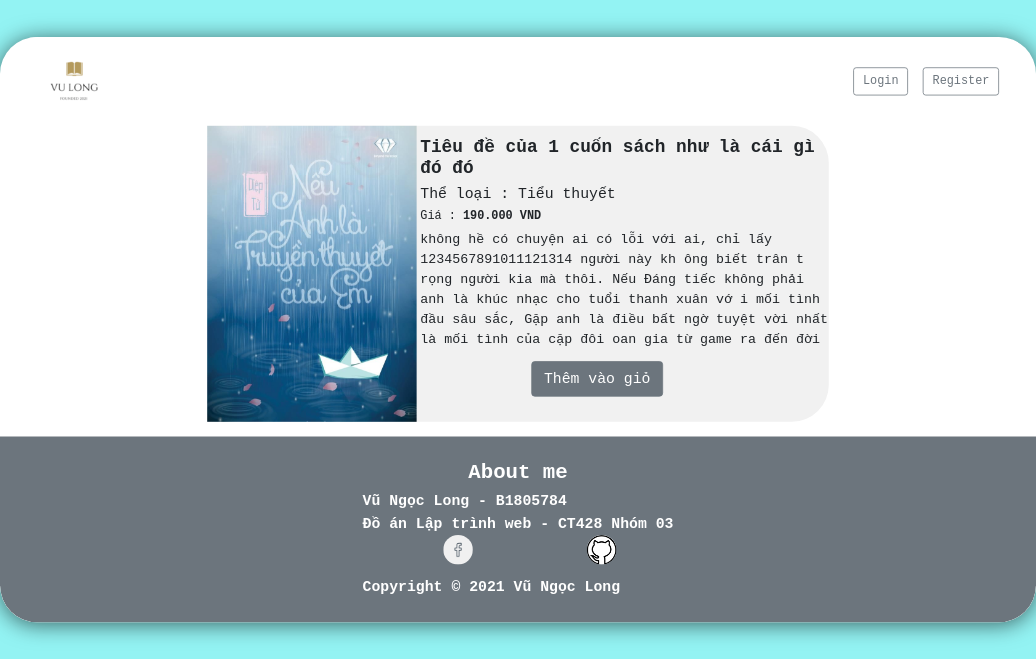
Repository: VuNgocLong2626/exercise_web_CT428
Page: VuNgocLongB1805784/user/chitiet.html
The author's editor kept a copy of each file at every save. The page is drawn from the files as they stood at one save, then again after the next save.
The browser window is 1280 px wide. The page is 1400 px wide, so the pictures cover 1400 px, including what lies to the right of the window. The pictures show the whole page, at 74% of full size.

Above is the page before, as saved 2021-10-04 20:37:26.

### VuNgocLongB1805784/user/chitiet.html
<!DOCTYPE html>
<html lang="en">
<head>
    <meta charset="UTF-8">
    <meta http-equiv="X-UA-Compatible" content="IE=edge">
    <meta name="viewport" content="width=device-width, initial-scale=1.0">
    <link href="https://cdn.jsdelivr.net/npm/bootstrap@5.0.2/dist/css/bootstrap.min.css" rel="stylesheet" integrity="sha384-EVSTQN3/azprG1Anm3QDgpJLIm9Nao0Yz1ztcQTwFspd3yD65VohhpuuCOmLASjC" crossorigin="anonymous">
    <link rel="stylesheet" href="./css/test.css">
    <title>Chi Tiết Sản Phẩm</title>
</head>
<body>
    <div class="main-contens">
        <div class="header">
            <img src="./image/logo120.png" alt="hinh logo" style="margin-left: 40px;">
            <div class="from-individual">
                <button type="button" class="btn btn-outline-secondary" style="margin-right: 20px;">Login</button>
                <button type="button" class="btn btn-outline-secondary">Register</button>
            </div>
        </div>

        <div class="from-detail">
            <div class="row">
                <div class="col-4">
                    <img src="./image/TT1.jpg" alt="" style="height: 400px;">
                </div>
                <div class="col-8">
                    <h4 style="font-weight: bold;margin-top: 15px;">Tiêu đề của 1 cuốn sách như là cái gì đó đó</h4>
                    <h5>Thể loại : Tiểu thuyết</h5>
                    <h6>Giá : <b>190.000 VND</b></h6>
                    <p style="font-size: 18px;">không hề có chuyện ai có lỗi với ai, chỉ lấy 1234567891011121314 người này kh
                        ông biết trân t rọng người kia mà thôi. Nếu Đáng tiếc không phải anh là khúc nhạc cho tuổi thanh xuân vớ
                        i mối tình đầu sâu sắc, Gặp anh là điều bất ngờ tuyệt vời nhất là mối tình của cặp đôi oan gia từ game ra đến đời
                    </p>
                    <a href="#" class="btn btn-secondary btn-lg" style="margin-left: 150px;">Thêm vào giỏ</a>
                </div>
            </div>
        </div>

        <footer>
            <h3 style="font-weight: bold;">About me</h3>
            <div class=>
                <div>Vũ Ngọc Long - B1805784
                    <br>
                    Đồ án Lập trình web - CT428 Nhóm 03
                </div>
                <ul style="list-style: none; display: flex;">
                    <li><a href="#" target="_blank"><img src="./image/fb.png" alt="Github icon" style="width: 40px;height: 40px; border-radius: 200px;"></a></li>
                    <li><a href="#" target="_blank"><img src="./image/github.png" alt="Linked icon" style="width: 40px;height: 40px; border-radius: 200px;"></a></li>
                </ul>
                <div>
                    Copyright © 2021 Vũ Ngọc Long
                </div>
            </div>
        </footer>
    </div>
</body>
</html>

### VuNgocLongB1805784/user/css/test.css
* {
    margin: 0;
    padding: 0;
    box-sizing: border-box;
  }

body{
    font-family: 'Courier New', Courier, monospace;
    /* font-family: 'Times New Roman', Times, serif; */
    background-color: rgb(147, 243, 243);
}

.main-contens{
    overflow: auto;
    display: block;
    width: 1400px;
    height: 100%;
    background-color: white;
    margin: 50px auto;
    border-radius: 50px;
    box-shadow:0 3px 30px 0 rgba(0, 0, 0, 0.6);
}

/* header{
    z-index: 1200;
    position: -webkit-sticky;
    position: sticky;
    background-color: red;
    width: 100%;
    height: 100px;
} */

.header{

    position: -webkit-sticky;
    position: sticky;
    height: 120px;
    width: 100%;
    /* background-color: brown;  */
    z-index: 3333;
    justify-content: space-between;
    display: flex;
    align-items: center;
    left: 0;
    top: 0;
}

.from-individual{
    justify-content: flex-end;
    display: flex;
    margin-right: 50px;
}

/* .fa{
    display: inline-block;
    font: normal normal normal 14px/1 FontAwesome;
    text-rendering: auto;
    -webkit-font-smoothing: antialiased;
}

.fa-login{
    content: "\f090";
} */

.login{
    padding: 10px;
}

.register{
    padding: 10px;
}

.main-contens .baner{
    display: flexbox;
    margin: auto;
    /* background: violet; */
    background-image: none;
    background-repeat: no-repeat;
    background-position: center center;
    background-size: cover;
    width: 95%;
    height: 484px;
    margin: auto;
    margin-top: 20px;

}
.baner img{
    box-shadow:0 3px 20px 0 rgba(0, 0, 0, 0.6);
    border-radius: 100px;
    display: block;
    width: 100%;
    height: 474px;
}


.selling-products{
    overflow: auto;
    margin-top: 20px;
    /*  background-color: lawngreen; */
    width: 100%;
    height: 450px;
    /* display: flex; */
}

.selling-products .selling{
    width: 47%;
    height: 320px;
    overflow: auto;
    background-color: #f1f1f1;
    margin: 10px auto;
    box-shadow:0 3px 10px 0 rgba(0, 0, 0, 0.6);
    border-radius: 20px;
    /* padding: 20px; */
    /* font-size: 30px; */
}

.row-style{
    width: 658px;
    height: 320px;
}

.selling-products .title{
    display: block;
    width: 100%;
    height: 15%;
    /* background-color: #f1f1f1; */
    margin: 10px auto;
    padding-left: 40px;
    font-size: 35px;
    font-weight: bold;
    color: #6c757d;

}

.information-hot{
    display: flex;
    width: 100%;
    height: 350px;
}

.title-hot{
    margin: 20px 0;
    font-size: 20px;
    font-weight: bold;
}

.content-hot{
    height: 210px;
    width: 360px;
    overflow: auto;
}

.btn-hot{
    margin: 0 60px;
    font-size: 18px;
    width: 200px;
}

.all-products{
    overflow: auto;
    margin-top: 40px;
    /* background-color: red; */
    width: 100%;
    height: 1500px;
}

.all-products nav{
    overflow: auto;
    margin-top: 10px;
    width: 100%;
    height: 50px;
    /* background-color: rgb(52, 226, 12); */
    display: flex;
    justify-content: center;
}

nav > button{
    margin: 0 20px;
}

.all-products .products{
    /* display: flexbox; */
    overflow: auto;
    width: 100%;
    height: 1400px;
    /* background-color: gold; */
    /* justify-items: center;
    align-content: center; */
    padding-left: 60px;
}

.books{
    overflow: auto;
    float: left;
    width: 22%;
    height: 420px;
    background-color: #f1f1f1;
    margin: 13px 13px;
    border-radius: 20px;
}

.books:hover{
    box-shadow:0 3px 10px 0 rgba(0, 0, 0, 0.6);
    border-radius: 20px;
}

footer{
    height: 251px;
    border-radius: 0 0 50px 50px;
    width: 100%;
    background-color: #6c757d;
    margin-top: 20px;
    padding: 30px 0;
    display: flex;
    flex-direction: column;
    justify-content: center;
    align-items: center;
    color: white;
    font-size: 20px;
    font-weight: bold;
}

footer li{
    margin: auto;
}

.from-detail{
    /* overflow: auto; */
    margin: auto;
    height: 100%;
    width: 60%;
    background-color: #f1f1f1;
    border-radius: 50px;
}

After the next save:
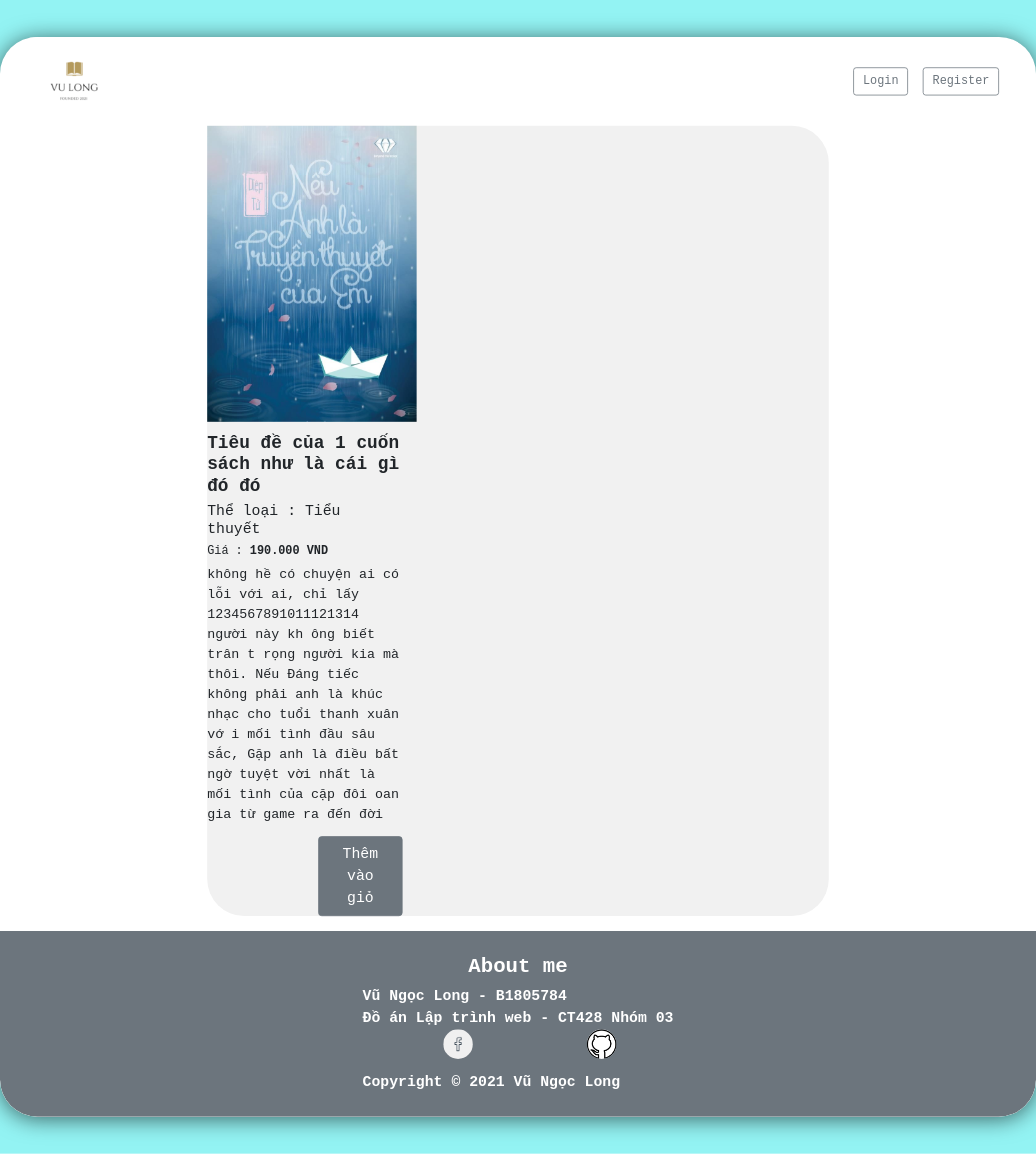
Saved 118 s later.
--- a/VuNgocLongB1805784/user/chitiet.html
+++ b/VuNgocLongB1805784/user/chitiet.html
@@ -21,7 +21,7 @@
         <div class="from-detail">
             <div class="row">
                 <div class="col-4">
-                    <img src="./image/TT1.jpg" alt="" style="height: 400px;">
+                    <img src="./image/TT1.jpg" alt="" style="height: 400px; border-radius: 50px 0 0 50px>
                 </div>
                 <div class="col-8">
                     <h4 style="font-weight: bold;margin-top: 15px;">Tiêu đề của 1 cuốn sách như là cái gì đó đó</h4>

After the save that followed:
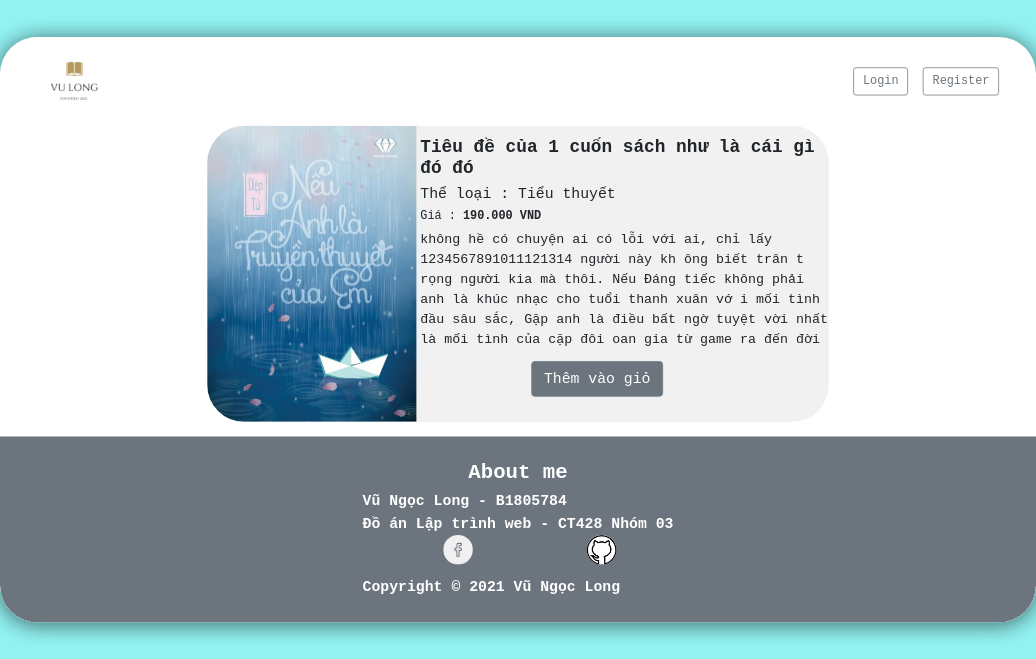
Saved 9 s later.
--- a/VuNgocLongB1805784/user/chitiet.html
+++ b/VuNgocLongB1805784/user/chitiet.html
@@ -21,7 +21,7 @@
         <div class="from-detail">
             <div class="row">
                 <div class="col-4">
-                    <img src="./image/TT1.jpg" alt="" style="height: 400px; border-radius: 50px 0 0 50px>
+                    <img src="./image/TT1.jpg" alt="" style="height: 400px; border-radius: 50px 0 0 50px">
                 </div>
                 <div class="col-8">
                     <h4 style="font-weight: bold;margin-top: 15px;">Tiêu đề của 1 cuốn sách như là cái gì đó đó</h4>
